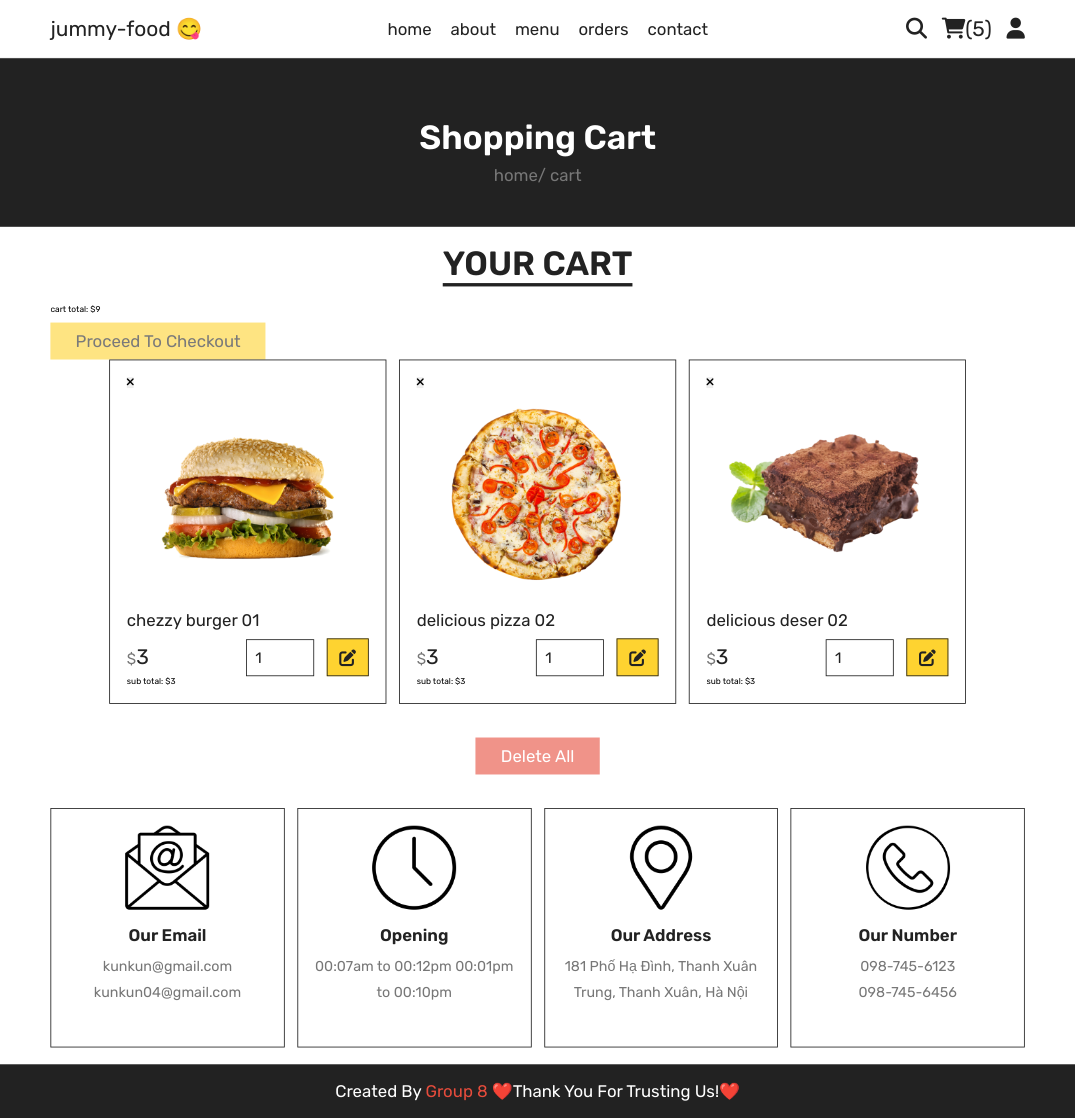
Repository: VuongLinhDinh/jummy_food
Page: cart.html
These files come from the project's save history. The page is drawn as it stood at one moment and after the next save; the edit follows.
The browser window is 1280 px wide. The pictures show the whole page, at 84% of full size.
Some web libraries are served in a nearby version.

Above is the page before, as saved 2023-11-14 18:16:24.

After the next save:
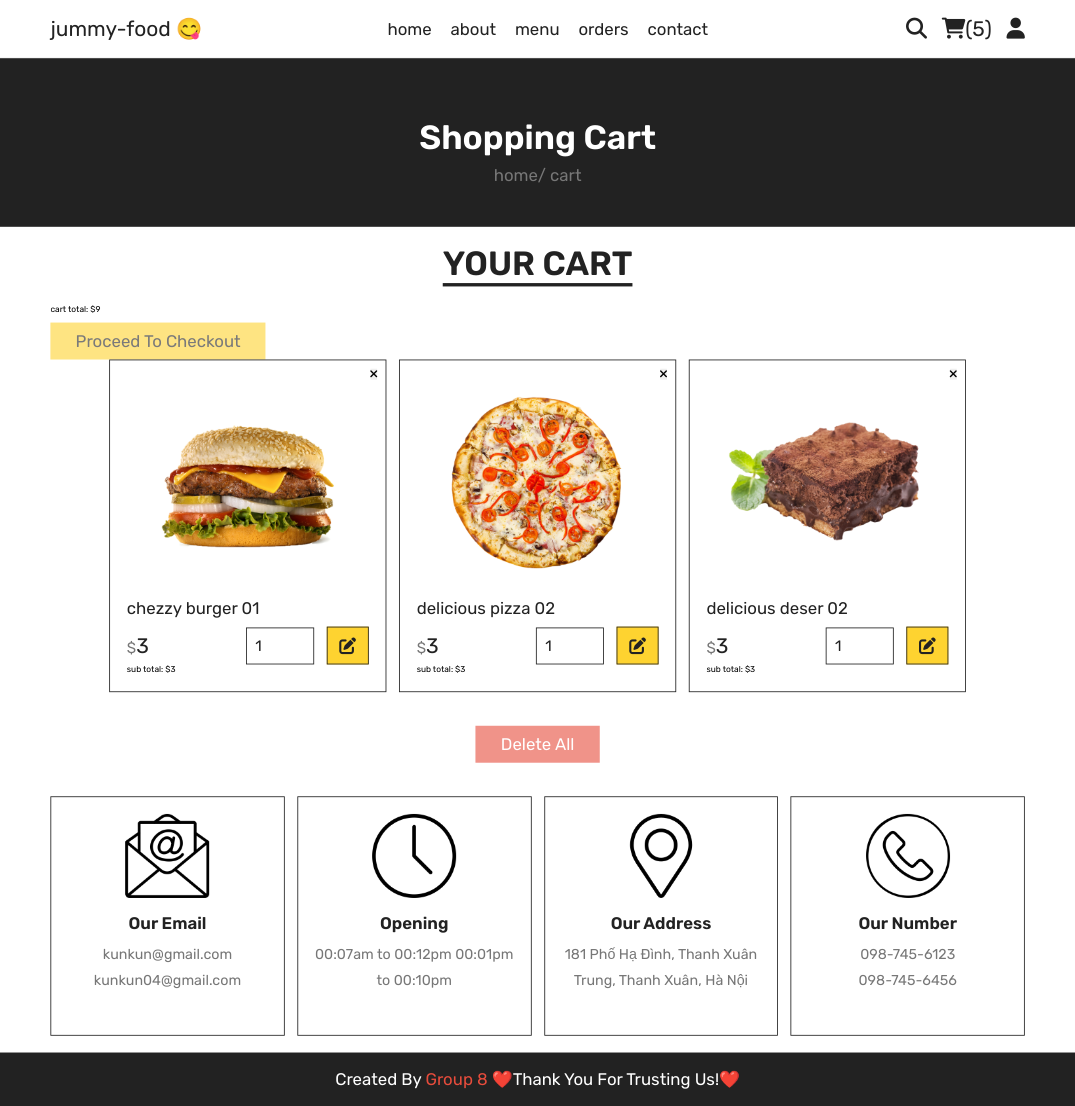
Saved 22 s later.
--- a/css/style.css
+++ b/css/style.css
@@ -333,6 +333,8 @@ section {
     color: var(--yellow);
 }
 .products .box-container .box .fa-times {
+    position: absolute;
+    top: 1rem; right: 1rem;
 
 }
 .products .more-btn {
